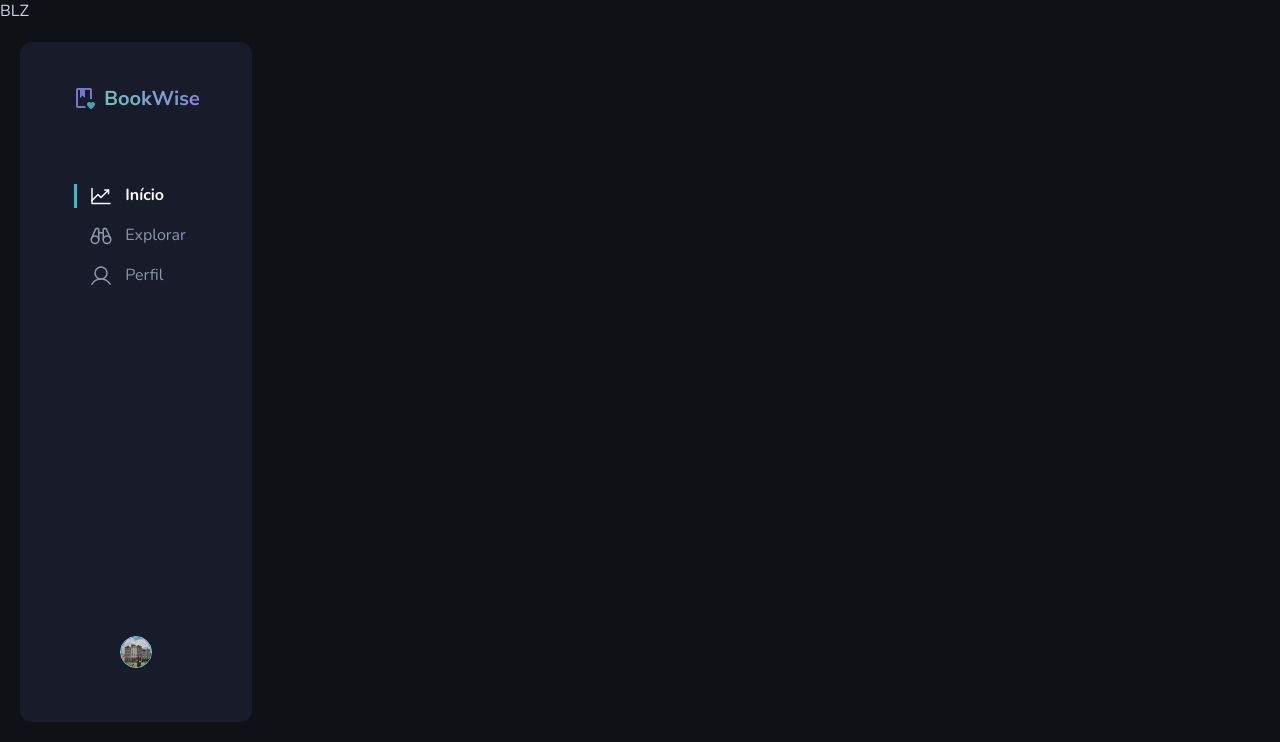
Repository: Giopol12/book-wise
Page: /index.page
An editor plug-in stored every save of this project. The page is shown before and after the next save, followed by the edit.
The browser window is 1280 px wide. The pictures show the whole page.
The project was rebuilt for these pictures with package versions that can differ from the ones it lists, and the page was loaded fresh each time. The framework's server and built-in components were replaced by stand-ins that run in the browser. Also part of the build but not shown: next.config.js.

Above is the page before, as saved 2023-10-17 16:55:24.

### src/pages/_app.tsx
import { globalStyles } from '@/styles/global'
import type { AppProps } from 'next/app'

globalStyles()

export default function App({ Component, pageProps }: AppProps) {
  return (
    <>
      <div>BLZ</div>
      <Component {...pageProps} />
    </>
  )
}

### src/pages/_document.tsx
import { getCssText } from '@/styles'
import { Html, Head, Main, NextScript } from 'next/document'

export default function Document() {
  return (
    <Html lang="en">
      <Head>
        <link rel="preconnect" href="https://fonts.googleapis.com" />
        <link
          rel="preconnect"
          href="https://fonts.gstatic.com"
          crossOrigin="anonymous"
        />

        <link
          href="https://fonts.googleapis.com/css2?family=Nunito:wght@400;500;700&display=swap"
          rel="stylesheet"
        />
        <style
          id="stitches"
          dangerouslySetInnerHTML={{ __html: getCssText() }}
        />
      </Head>
      <body>
        <Main />
        <NextScript />
      </body>
    </Html>
  )
}

### src/pages/index.page.tsx
export { default } from './home/index'

### src/styles/global.ts
import { globalCss } from '.'

export const globalStyles = globalCss({
  '*': {
    margin: 0,
    padding: 0,
    boxSizing: 'border-box',
  },

  body: {
    '-webkit-font-smoothing': 'antialiased',
    backgroundColor: '$gray800',
    color: '$gray300',
  },

  'body, input, textarea, button': {
    fontFamily: 'Nunito',
    fontWeight: 400,
  },
})

### src/styles/index.ts
// stitches.config.ts

import { createStitches } from '@stitches/react'

export const {
  styled,
  getCssText,
  globalCss,
  config,
  createTheme,
  css,
  keyframes,
  prefix,
  reset,
  theme,
} = createStitches({
  theme: {
    fonts: {
      default: 'Nunito, sans-serif',
    },

    space: {
      px: '1px',
      1: '0.25rem',
      2: '0.5rem',
      3: '0.75rem',
      4: '1rem',
      5: '1.25rem',
      6: '1.5rem',
      7: '1.75rem',
      8: '2rem',
      10: '2.5rem',
    },

    fontSizes: {
      xs: '0.75rem',
      sm: '0.875rem',
      md: '1rem',
      lg: '1.125rem',
      xl: '1.25rem',
      '2xl': '1.5rem',
    },

    fontWeights: {
      regular: '400',
      medium: '500',
      bold: '700',
    },

    lineHeights: {
      shorter: '125%',
      short: '140%',
      base: '160%',
      tall: '180%',
    },

    colors: {
      white: '#FFFFFF',
      black: '#000000',
      green100: '#50B2C0',
      green200: '#255D6A',
      green300: '#0A313C',
      purple100: '#8381D9',
      purple200: '#2A2879',
      gray100: '#F8F9FC',
      gray200: '#E6E8F2',
      gray300: '#D1D6E4',
      gray400: '#8D95AF',
      gray500: '#303F73',
      gray600: '#252D4A',
      gray700: '#181C2A',
      gray800: '#0E1116',
      'gradient-vertical': `linear-gradient(180deg, #7FD1CC 0%, #9694F5 100%)`,
      'gradient-horizontal': `linear-gradient(90deg, #7FD1CC 0%, #9694F5 100%)`,
    },

    radii: {
      xs: '2.5px',
      sm: '5px',
      md: '10px',
      lg: '20px',
      full: '99999px',
    },
  },
})

### src/pages/home/index.tsx
import { Sidebar } from './components/Sidebar'
import { Container } from './styles'

export default function Home() {
  return (
    <Container>
      <Sidebar />
    </Container>
  )
}

### src/pages/home/components/Sidebar/index.tsx
import Image from 'next/image'
import {
  LoginButton,
  LogoContainer,
  NavContainer,
  NavItemContainer,
  SidebarContainer,
  TopContainer,
} from './styles'

import logo from '../../../../assets/Logo.png'
import avatar from '../../../../assets/avatar.jpeg'
import { Binoculars, ChartLineUp, SignIn, User } from 'phosphor-react'
import { Avatar } from '@/components/Avatar'

export function Sidebar() {
  return (
    <SidebarContainer>
      <TopContainer>
        <LogoContainer>
          <Image src={logo} alt="" width={128} height={32} />
        </LogoContainer>
        <NavContainer>
          <NavItemContainer selected={true}>
            <ChartLineUp size={24} />
            <span>Início</span>
          </NavItemContainer>
          <NavItemContainer>
            <Binoculars size={24} />
            <span>Explorar</span>
          </NavItemContainer>
          <NavItemContainer>
            <User size={24} />
            <span>Perfil</span>
          </NavItemContainer>
        </NavContainer>
      </TopContainer>
      <LoginButton>
        {/* <strong>Fazer login</strong> <SignIn size={20} /> */}
        <Avatar avatarUrl={avatar} />
      </LoginButton>
    </SidebarContainer>
  )
}

### src/pages/home/styles.ts
import { styled } from '@/styles'

export const Container = styled('div', {
  maxWidth: '1440px',
  margin: '0 auto',
  display: 'flex',
})

### src/pages/home/components/Sidebar/styles.ts
import { styled } from '@/styles'

export const SidebarContainer = styled('div', {
  height: 'calc(100vh - 40px)',
  margin: '$5',
  width: '14.5rem',
  background: '$gray700',
  borderRadius: '12px',
  display: 'flex',
  flexDirection: 'column',
  alignItems: 'center',
  justifyContent: 'space-between',
})
export const TopContainer = styled('div', {
  display: 'flex',
  flexDirection: 'column',
  alignItems: 'center',
})
export const LogoContainer = styled('header', {
  padding: '$10 3.25rem',
})
export const NavContainer = styled('nav', {
  marginTop: '$6',
  display: 'flex',
  flexDirection: 'column',
  gap: '$4',
})
export const NavItemContainer = styled('div', {
  variants: {
    selected: {
      true: {
        color: '$gray100',
        fontWeight: '$bold',
        borderLeftColor: '$green100',
      },
    },
  },
  defaultVariants: {
    selected: false,
  },
  color: '$gray400',
  lineHeight: 'base',
  display: 'flex',
  gap: '$3',
  padding: '0 $3',
  borderLeftWidth: '3px',
  borderLeftColor: 'transparent',
  borderLeftStyle: 'solid',
  '&:hover': {
    cursor: 'pointer',
    color: '$gray100',
    transition: 'color 0.1s',
  },
})
export const LoginButton = styled('footer', {
  display: 'flex',
  alignItems: 'center',
  marginBottom: '3.375rem',
  gap: '$3',
  color: '$gray200',
  svg: {
    color: '$green100',
  },
  cursor: 'pointer',
})

### src/components/Avatar/index.tsx
import Image, { StaticImageData } from 'next/image'
import { AvatarContainer } from './styles'

interface AvatarProps {
  avatarUrl: string | StaticImageData
  size?: 'sm' | 'md' | 'lg'
}

export function Avatar({ avatarUrl, size }: AvatarProps) {
  return (
    <AvatarContainer size={size}>
      <Image src={avatarUrl} width={72} height={72} alt="" quality={100} />
    </AvatarContainer>
  )
}

### src/components/Avatar/styles.ts
import { styled } from '@/styles'

export const AvatarContainer = styled('div', {
  variants: {
    size: {
      sm: {
        width: 32,
        height: 32,

        img: {
          width: 32,
          height: 32,
        },
      },
      md: {
        width: 40,
        height: 40,

        img: {
          width: 40,
          height: 40,
        },
      },
      lg: {
        width: 72,
        height: 72,

        img: {
          width: 72,
          height: 72,
        },
      },
    },
  },
  defaultVariants: {
    size: 'sm',
  },
  borderRadius: '$full',
  border: '1px solid #7FD1CC',
  overflow: 'hidden',
})

After the next save:
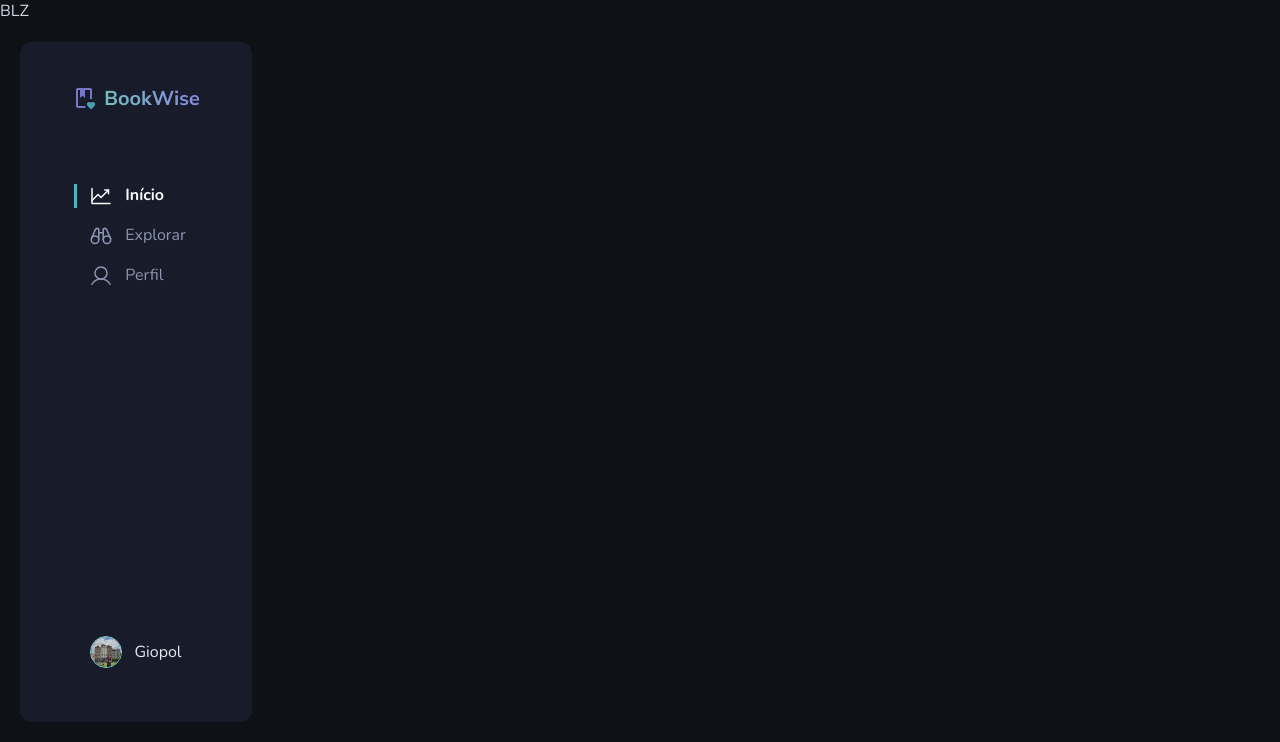
Saved 51 s later.
--- a/src/pages/home/components/Sidebar/index.tsx
+++ b/src/pages/home/components/Sidebar/index.tsx
@@ -37,7 +37,7 @@ export function Sidebar() {
       </TopContainer>
       <LoginButton>
         {/* <strong>Fazer login</strong> <SignIn size={20} /> */}
-        <Avatar avatarUrl={avatar} />
+        <Avatar avatarUrl={avatar} /> <span>Giopol</span>
       </LoginButton>
     </SidebarContainer>
   )
